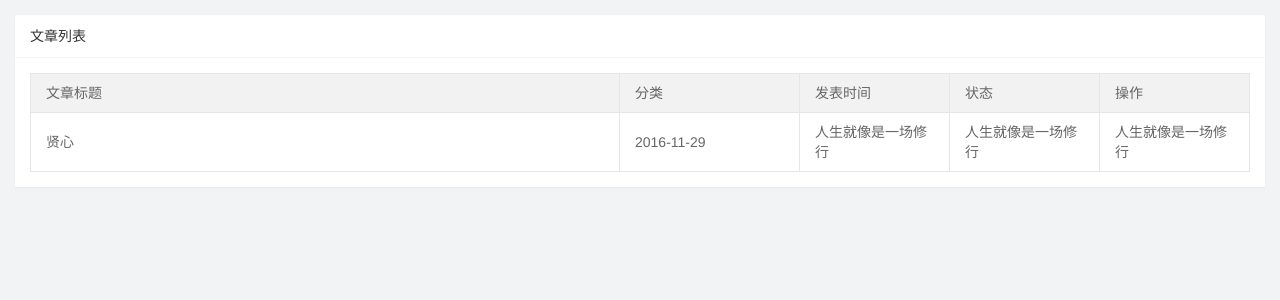
Repository: R1Deemo/Main-project
Page: article/art_list.html
The author's editor kept a copy of each file at every save. The page is drawn from the files as they stood at one save, then again after the next save.
The browser window is 1280 px wide. The pictures show the whole page.
The page's requests for data from a server got no answer.

Above is the page before, as saved 2022-11-12 15:51:43.
Console error: TypeError: Cannot read properties of undefined (reading 'status')

After the next save:
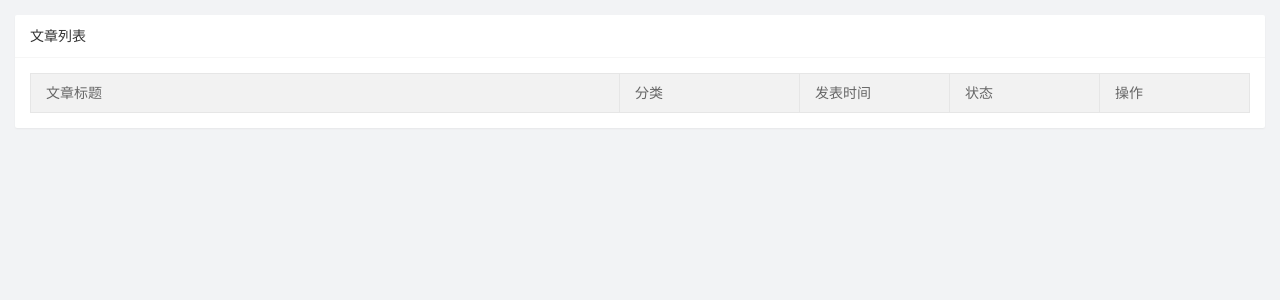
Saved 39 s later.
--- a/article/art_list.html
+++ b/article/art_list.html
@@ -38,13 +38,7 @@
                     </tr>
                 </thead>
                 <tbody>
-                    <tr>
-                        <td>贤心</td>
-                        <td>2016-11-29</td>
-                        <td>人生就像是一场修行</td>
-                        <td>人生就像是一场修行</td>
-                        <td>人生就像是一场修行</td>
-                    </tr>
+
 
                 </tbody>
             </table>
